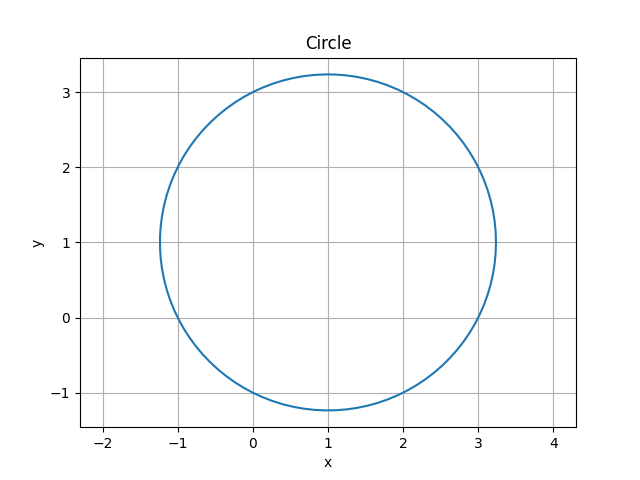
Repository: lbylzkx/Circle-Point-Manuscript
Script's output: python draw_circle_by_point.py
The author's editor kept a copy of each file at every save. The script's output is drawn from the files as they stood at one save, then again after the next save.
Random numbers start from a fixed seed.

Above is the script's output before, as saved 2023-09-20 10:46:48.

After the next save:
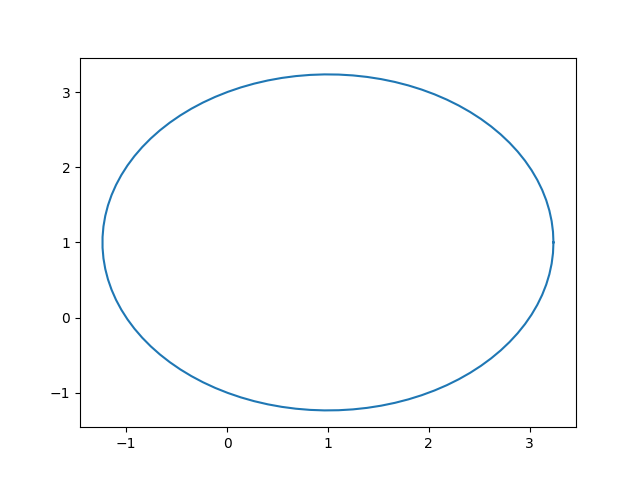
Saved 32 s later.
--- a/draw_circle_by_point.py
+++ b/draw_circle_by_point.py
@@ -17,9 +17,9 @@ y = center[1] + radius * np.sin(theta)
 
 # 绘制图形
 plt.plot(x, y)
-plt.axis('equal')
-plt.xlabel('x')
-plt.ylabel('y')
-plt.title('Circle')
-plt.grid(True)
+# plt.axis('equal')
+# plt.xlabel('x')
+# plt.ylabel('y')
+# plt.title('Circle')
+# plt.grid(True)
 plt.show()
